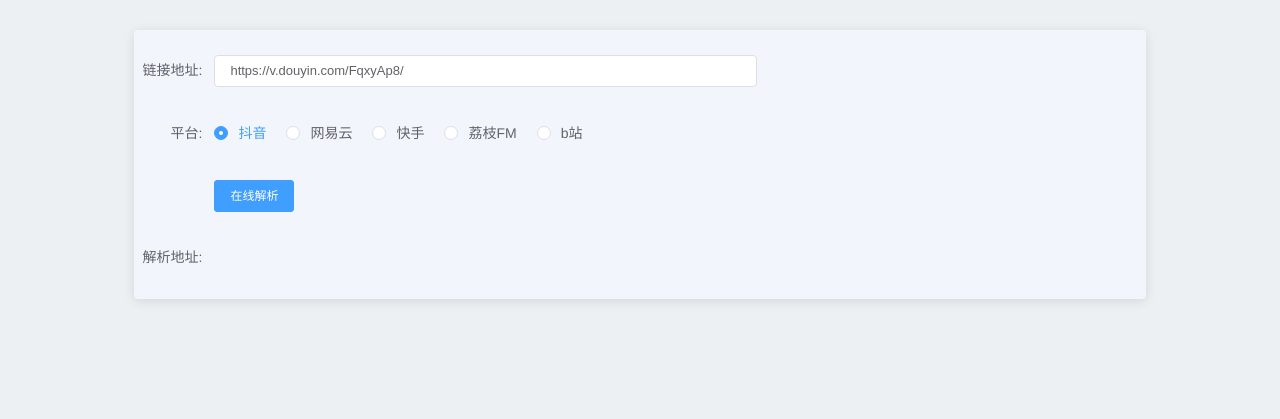
Repository: lyln/freepd
Page: / (app in frontend/freepd/)
The author's editor kept a copy of each file at every save. The page is drawn from the files as they stood at one save, then again after the next save.
The browser window is 1280 px wide. The pictures show the whole page.
The project was rebuilt for these pictures with package versions that can differ from the ones it lists, and the page was loaded fresh each time. Also part of the build but not shown: frontend/freepd/src/components/HelloWorld.vue.

Above is the page before, as saved 2022-05-29 14:57:06.

After the next save:
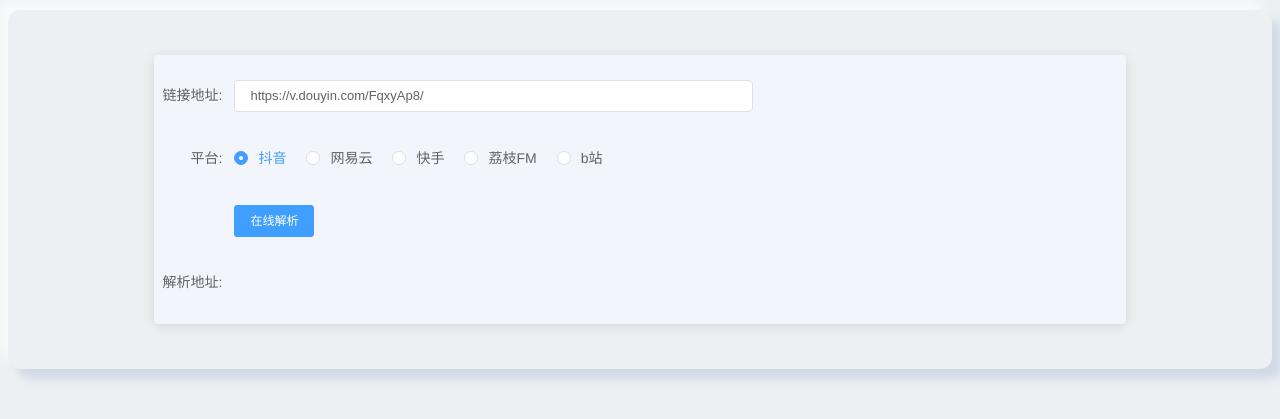
Saved 63 s later.
--- a/frontend/freepd/src/views/Home.vue
+++ b/frontend/freepd/src/views/Home.vue
@@ -144,6 +144,10 @@ export default {
 
 <style lang="css" scoped>
 .home {
+	padding: 25px;
+	background-color: #ecf0f3;
+	box-shadow: 10px 10px 10px #d1d9e6, -10px -10px 10px #f9f9f9;
+	border-radius: 12px;
 }
 .row-bg {
 	/* background-color: #c0c4cc; */
